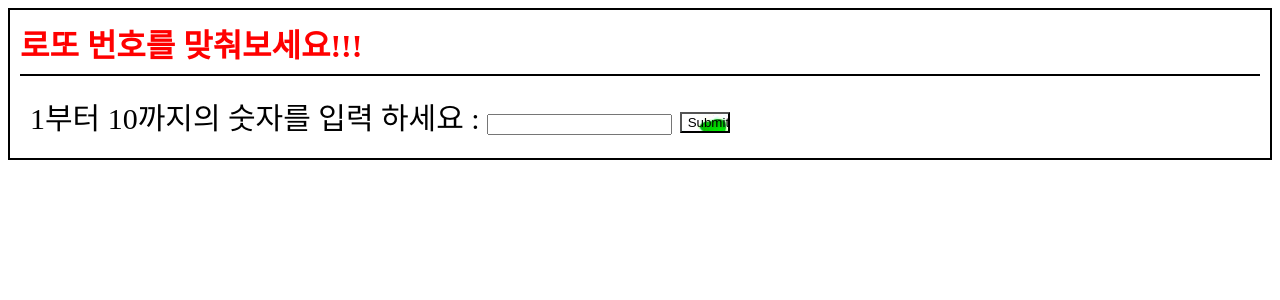
Repository: kdg0109/multicampus_course
Page: web course/workspace_web/edu/WebContent/htmlexam/images/lotto.html
An editor plug-in stored every save of this project. The page is shown before and after the next save, followed by the edit.
The browser window is 1280 px wide. The pictures show the whole page.

Above is the page before, as saved 2018-02-05 07:22:29.

### web course/workspace_web/edu/WebContent/htmlexam/images/lotto.html
<!DOCTYPE html>
<html>
<head>
<meta charset="UTF-8">
<title>lotto</title>
<style>
	body {
		border: 2px solid black;
		padding : 10px;
	}
	hr {
		border: 1px solid black;
	}

	 #nameid {
		vertical-align:middle;
		border: 1px solid black;
		height: 30px;
	}
	h1 {
		color : red;
		margin: 0px;
		padding: 0px;
	}
	form {
		font-size: 30px;
		padding: 10px;
	}
	#imageid {
		vertical-align:middle;
		margin: 0px;
		width : 50px;
		background:url(/images/happy.JPG);

	}
	<!--

	숫자를 입력하고 클로버이미지 버튼을 클릭하면 core.LottoServlet1 을 요청한다.
LottoServlet1 의 매핑명은 /lotto1 이다. 요청 방식은 GET 으로 한다.

- core.LottoServlet1 의 기능
1 부터 10사이의 랜덤값을 추출한다.
톰캣콘솔창에
“전달된 값 : X, 추출된 값 : X”
를 출력한다.
클라이언트에서 전달된 숫자와 동일하면
“추카추카”를 브라우저에 출력하고 다르면 “다음 기회를…” 이라는 메시지를
출력한다.
그리고 두 경우 모두 아래에는 lotto.html 을 요청하는 링크를 제공한다.
링크 텍스트는 “로또 응모” 이다.


	-->

</style>
</head>
<body>
	<h1>로또 번호를 맞춰보세요!!!</h1>
	<hr>
	<form method="get" action="/edu/lotto1">
		1부터 10까지의 숫자를 입력 하세요 : <input type="text" name = "lottoNum" id = "lottoId" required>
     	<input type="submit" id = "imageid" src= "images/happy.JPG">
	</form>
</body>
</html>

After the next save:
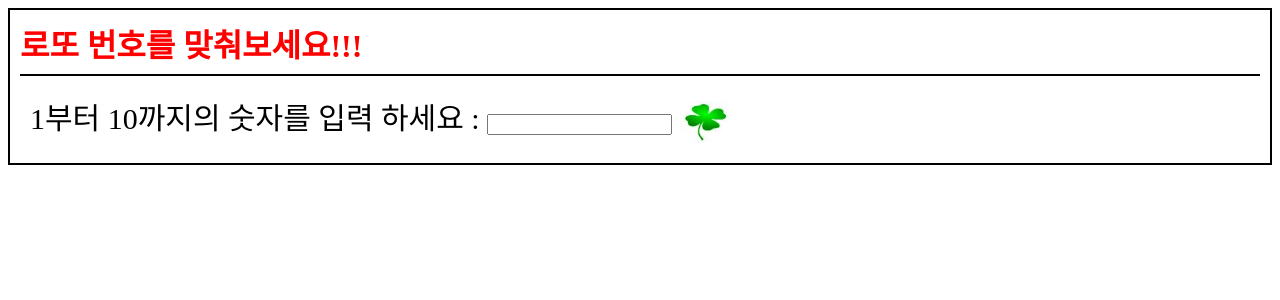
Saved 3 s later.
--- a/web course/workspace_web/edu/WebContent/htmlexam/images/lotto.html
+++ b/web course/workspace_web/edu/WebContent/htmlexam/images/lotto.html
@@ -59,7 +59,7 @@ LottoServlet1 의 매핑명은 /lotto1 이다. 요청 방식은 GET 으로 한
 	<hr>
 	<form method="get" action="/edu/lotto1">
 		1부터 10까지의 숫자를 입력 하세요 : <input type="text" name = "lottoNum" id = "lottoId" required>
-     	<input type="submit" id = "imageid" src= "images/happy.JPG">
+     	<input type="image" id = "imageid" src= "images/happy.JPG">
 	</form>
 </body>
 </html>
